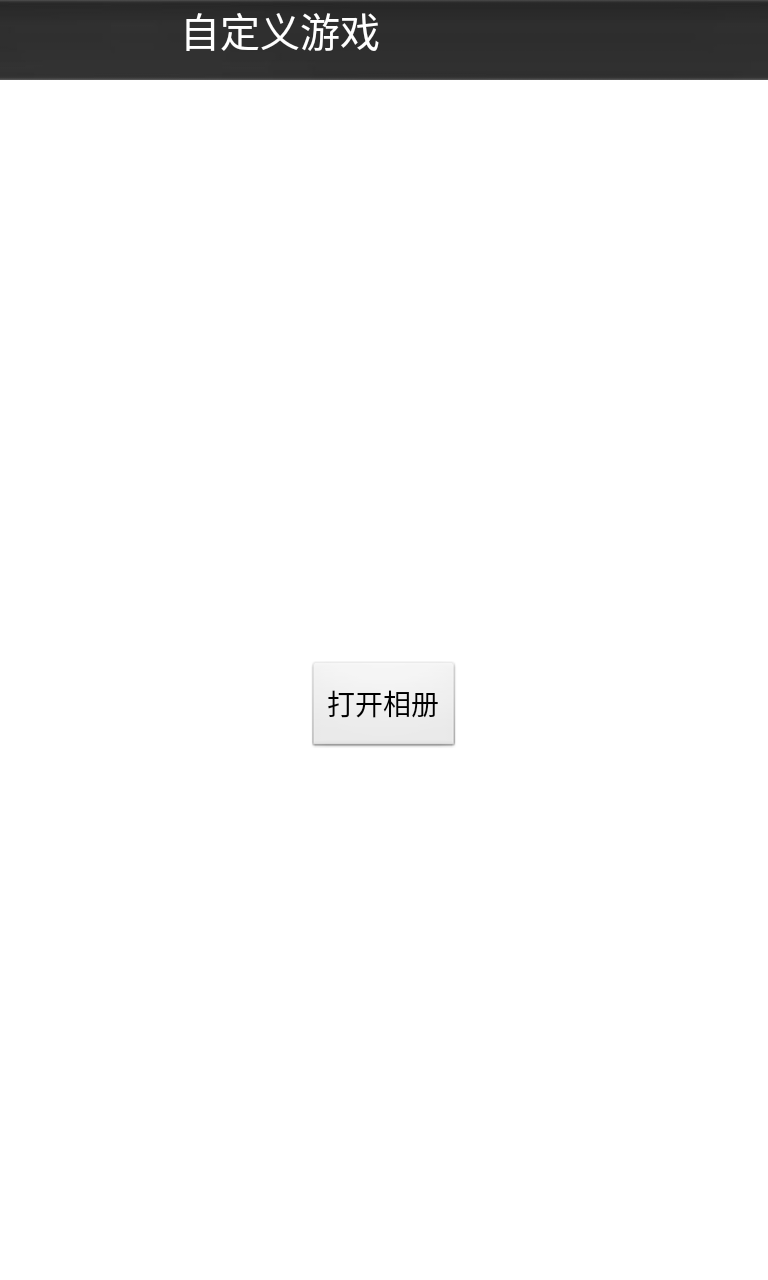
Repository: hosle/gad2
Layout: Pintu/res/layout/activity_personal_game.xml
The author's editor kept a copy of each file at every save. The layout is drawn from the files as they stood at one save, then again after the next save.
It is drawn on a 768 x 1280 px phone screen (xhdpi) without system bars, with theme AppTheme; the app's code is not run. Lists and similar views that code fills are empty.

Above is the layout before, as saved 2015-06-26 09:05:53.

After the next save:
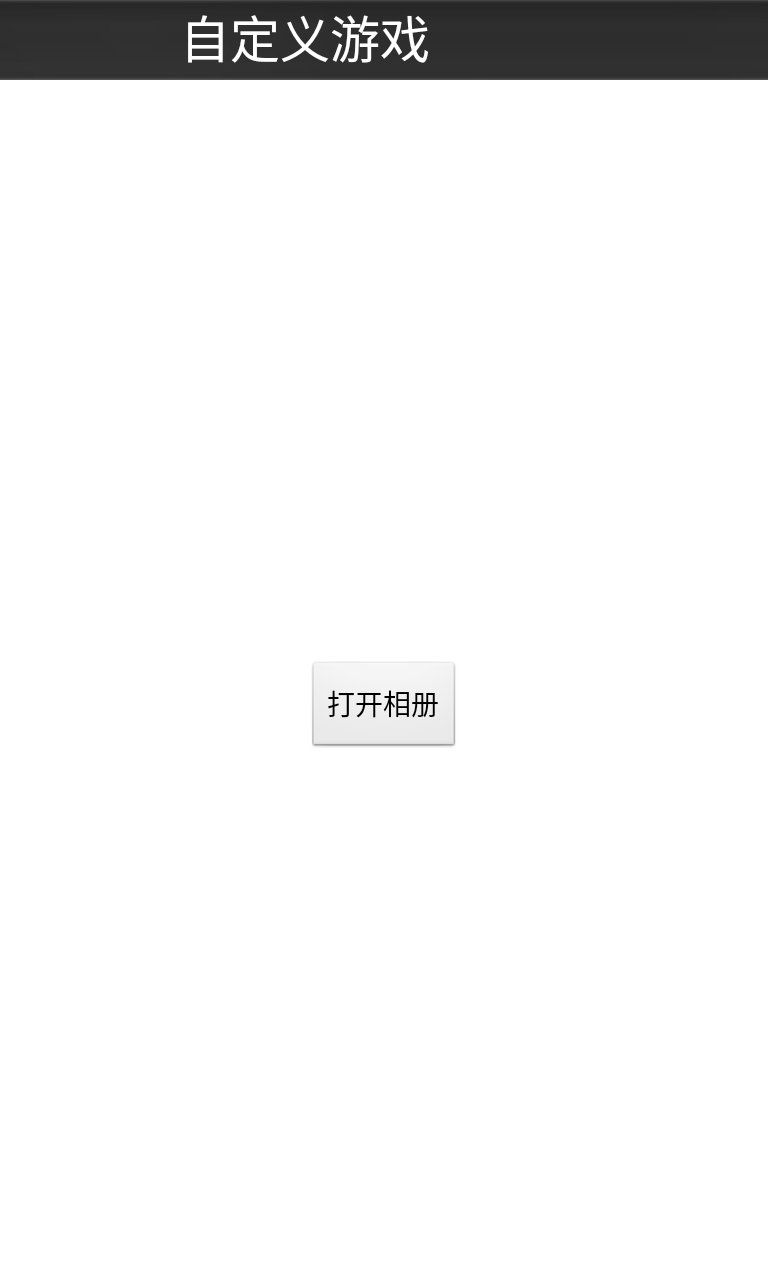
Saved 8 s later.
--- a/Pintu/res/layout/activity_personal_game.xml
+++ b/Pintu/res/layout/activity_personal_game.xml
@@ -21,7 +21,7 @@
             android:layout_marginLeft="90dp"
             android:text="自定义游戏"
             android:textColor="#ffffffff"
-            android:textSize="20sp" />
+            android:textSize="25sp" />
     </LinearLayout>
 
     <LinearLayout
